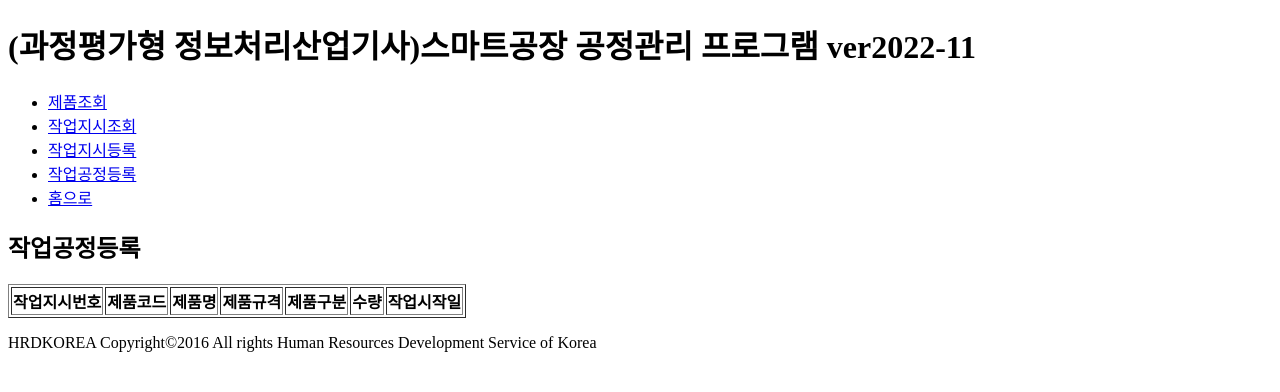
Repository: anakyn01/exam
Page: http://localhost/smart_5/sub3.jsp
The author's editor kept a copy of each file at every save. The page is drawn from the files as they stood at one save, then again after the next save.
The browser window is 1280 px wide. The pictures show the whole page.
The page is served by Tomcat 9. Other server files are loaded and not shown.

Above is the page before, as saved 2025-01-06 07:07:29.

### smart_5/src/main/webapp/sub3.jsp
<%@ page language="java" contentType="text/html; charset=UTF-8"
    pageEncoding="UTF-8"%>
<jsp:include page="include/header.jsp"/>

<section>
<h2>작업공정등록</h2>
<table border=1>
<tr>
<th>작업지시번호</th>
<th>제품코드</th>
<th>제품명</th>
<th>제품규격</th>
<th>제품구분</th>
<th>수량</th>
<th>작업시작일</th>
</tr>
</table>
</section>

<jsp:include page="include/footer.jsp"/>

### smart_5/src/main/webapp/include/header.jsp
<%@ page language="java" contentType="text/html; charset=UTF-8"
    pageEncoding="UTF-8"%>
<!DOCTYPE html>
<html>
<head>
<meta charset="UTF-8">
<title>스마트 공정관리 프로그램</title>
<link rel="stylesheet" href="css/style.css"/>
</head>
<body>
<header>
<h1>(과정평가형 정보처리산업기사)스마트공장 공정관리 프로그램 ver2022-11</h1>
</header>
<nav>
<ul>
<li><a href="sub1.jsp">제폼조회</a></li>
<li><a href="sub2.jsp">작업지시조회</a></li>
<li><a href="sub3.jsp">작업지시등록</a></li>
<li><a href="sub4.jsp">작업공정등록</a></li>
<li><a href="index.jsp">홈으로</a></li>
</ul>
</nav>

### smart_5/src/main/webapp/include/footer.jsp
<%@ page language="java" contentType="text/html; charset=UTF-8"
    pageEncoding="UTF-8"%>
<footer>
<p>HRDKOREA Copyright&copy;2016 All rights Human Resources Development Service of Korea</p>
</footer>
</body>
</html>

Loaded but not shown: smart_5/src/main/webapp/css/style.css (common file)

After the next save:
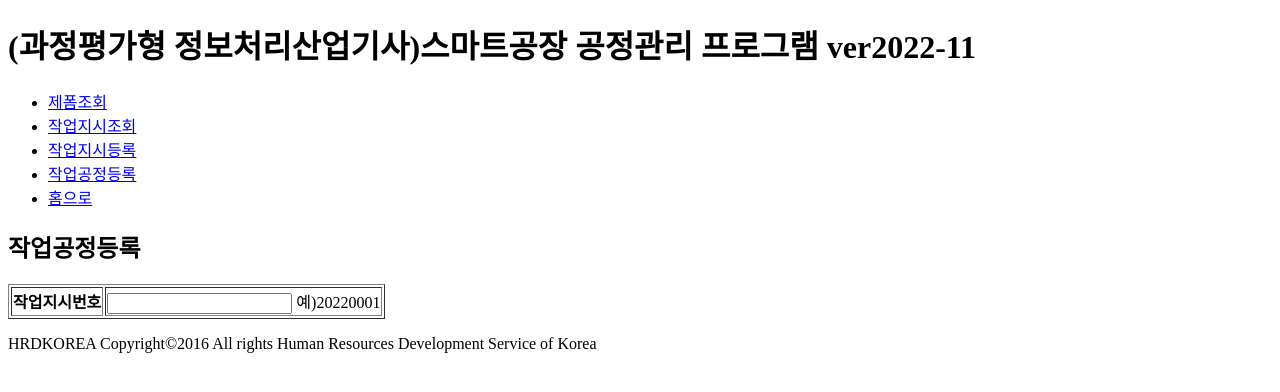
Saved 77 s later.
--- a/smart_5/src/main/webapp/sub3.jsp
+++ b/smart_5/src/main/webapp/sub3.jsp
@@ -7,12 +7,10 @@
 <table border=1>
 <tr>
 <th>작업지시번호</th>
-<th>제품코드</th>
-<th>제품명</th>
-<th>제품규격</th>
-<th>제품구분</th>
-<th>수량</th>
-<th>작업시작일</th>
+<td>
+<input type="text" name="w_workno">
+<span>예)20220001</span>
+</td>
 </tr>
 </table>
 </section>
